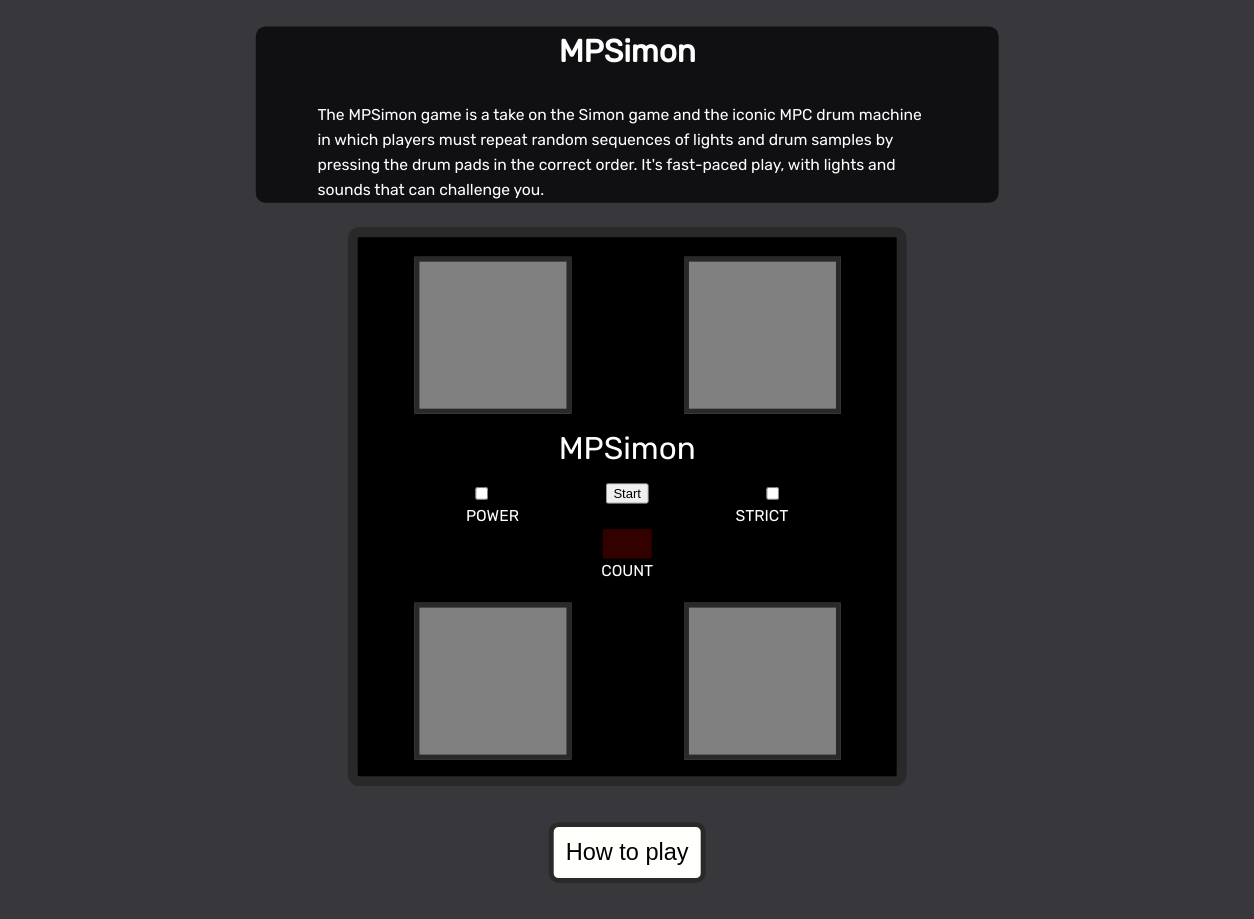
Repository: Neilfoster/MPSimon
Page: index.html
The author's editor kept a record of every edit. The page is drawn from the files as they stood at one moment, then again after the next edit.
The browser window is 1280 px wide. The pictures show the whole page, at 98% of full size.

Above is the page before.

### index.html
<!DOCTYPE html>

<html>

<head>
    <meta charset="UTF-8">
    <meta http-equiv="X-UA-Compatible" content="IE=edge,chrome=1">
    <meta name="viewport" content="width=device-width,initial-scale=1">
    <link href="https://fonts.googleapis.com/css?family=Rubik&display=swap" rel="stylesheet">
    <title>MPSimon</title>
    <link rel="stylesheet" href="css/style.css">
    <audio id="clip1">
      <source src="audio/hat.mp3"></source>
    </audio>
    <audio id="clip2">
      <source src="audio/kick.mp3"></source>
    </audio>
    <audio id="clip3">
      <source src="audio/snare1.mp3"></source>
    </audio>
    <audio id="clip4">
      <source src="audio/snare2.mp3"></source>
    </audio>
</head>

<body>
    <div class="header">
        <h2 class="head-title">MPSimon</h2>
        <p>The MPSimon game is a take on the Simon game and the iconic MPC drum
        machine in which players must repeat random sequences of lights and drum
        samples by pressing the drum pads in the correct order. It's fast-paced
        play, with lights and sounds that can challenge you. </p>
    </div>
    <div id="outer-box">
        <div id="top-row">
            <div id="top-left"></div>
            <div id="top-right"></div>
        </div>
        <div id="inner-box">
            <div id="title" class="text-effect">MPSimon</div>
            <div id="switches">
                <input type="checkbox" class="toggle" id="on">
                <button type="button" id="start">Start</button>
                <input type="checkbox" class="toggle" id="strict">
            </div>
            <div class="text1">
                <span>POWER</span>
                <span>STRICT</span>
            </div>
            <div id="turn"></div>
            <div class="text2">
                COUNT
            </div>
        </div>
        <div id="bottom-row">
            <div id="bottom-left"></div>
            <div id="bottom-right"></div>
        </div>
    </div>

    <div class="rules">
        <button id="modalBtn" class="button">How to play</button>
        <div id="ruleModal" class="modal">
            <div class="modal-content">
                <div class="modal-header">
                    <span class="closeBtn">&times;</span>
                    <h2>How To Play</h2>
                </div>
                <div class="modal-body">
                    <ul>
                        <li>Turn the game on by selecting the power button and then pressing start.</li>
                        <li>MPSimon will give the first signal.</li>
                        <li>Repeat the signal by pressing the same pad.</li>
                        <li>MPSIMON will duplicate the first sound and will add one.</li>
                        <li>Repeat these two sounds by pressing the same pads.</li>
                        <li>MPSIMON will duplicate these first two sounds and add one.</li>
                        <li>Continue in this manner as long as you can repeat each sequence of sound correctly.</li>
                        <li>If you cannot repeat the sequence correctly , MPSIMON will repeat the sequence again until you can.</li>
                        <li>Selecting STRICT mode resets the pattern to the beginning if you get the sequence wrong.</li>
                        <li>To win the game repeat the sequence until it reaches 20 consecutive sounds.</li>
                    </ul>
                </div>
            </div>
        </div>
    </div>
    <script src="js/index.js"></script>
</body>

</html>

### css/style.css
body {
  color:white;
  font-family: 'Rubik', sans-serif;
  line-height: 1.6;
  /*background-image: url("../images/image-2.jpg");*/
  background-color:#37373c;
  background-position: center;
  background-repeat: no-repeat;
  background-size: cover;
}
.header{
  margin:2% 20%;
  padding: 0 5% ;
  border-radius: 10px;
  background: rgba(0,0,0,0.7);
}
.head-title{
  text-align:center;
  font-size:2rem;
  font-family: 'Rubik', sans-serif;
}
#outer-box {
  border: 10px solid #292929 ;
  border-radius: 2%;
  height:550px;
  width:550px;
  margin: auto;
  background-color: black
}
#top-row{
  display: flex;
  flex-direction: row;
  justify-content: space-around;
  margin-top:20px;
}
#bottom-row{
  display: flex;
  flex-direction: row;
  justify-content: space-around;
  margin-top:20px;
}
#inner-box{
  display: flex;
  flex-direction: column;
  justify-content: center;
}
#switches{
  display: flex;
  flex-direction: row;
  justify-content: center;
  }
#top-left {
  border:5px solid #292929;
  height:150px;
  width: 150px;
  background-color: grey;
}
#top-right {
  border: 5px solid #292929;
  height:150px;
  width: 150px;
  background-color: grey;
}
#bottom-left {
  border:5px solid #292929;
  height:150px;
  width: 150px;
  background-color: grey;
}
#bottom-right {
  border: 5px solid #292929;
  height:150px;
  width: 150px;
  background-color: grey;
}
#title {
  display: flex;
  flex-direction: row;
  justify-content: center;
  font-size: 2rem;
  padding: 10px 5px;
}
#turn {
  background: #330000;
  color: red;
  font-family: courier;
  font-size: 20px;
  height: 30px;
  width: 50px;
  text-align: center;
  vertical-align: middle;
  line-height: 30px;
  margin: auto;
}
.toggle {
  margin: auto;
}
.text1 {
  margin: 0;
  display: flex;
  flex-direction: row;
  justify-content: space-around;
  align-items: baseline;
}
.text2 {
  margin: auto;
}
.rules {
  padding: 0px 20px;
}

/*Button*/
.button {
  background-color:#fffffc;
 margin: 3% auto;
  font-size: 1.5rem;
  padding:1%;
  color: #000;
  border-radius:10px;
  display: block;
  text-align: center;
  border:5px solid #292929;
  }
.button:hover{
  background:#333;
}

/*modal*/
.modal{
  display: none;
  position: fixed;
  z-index: 1;
  left:0;top:0;
  height: 100%;
  width:100%;
  overflow: auto;
  background-color: rgba(0,0,0,0.7);
}
.modal-content{
  background-color: #f4f4f4;
  margin: 20% auto;
  color:black;
  width:60%;
  box-shadow: 0 5px 8px 0 rgba(0,0,0,0.2),
              0 7px 20px 0 rgba(0,0,0,0.2);
  animation-name: modalopen;
  animation-duration: 1s;
}
.modal-header{
  background:#37373c;
  padding:15px;
  color:#fff;
  text-align: center;
}
.modal-body{
  padding: 10px 20px;
}
.closeBtn{
  color: #fff;
  float:right;
  font-size:30px;
}
.closeBtn:hover,.closeBtn:focus{
  color:#000;
  text-decoration:none;
  cursor:pointer;
}
.rules {
  font-family: 'Merriweather', serif;
  font-size:1.2rem;
  display: block;
}

@keyframes modalopen{
  from{ opacity: 0}
  to {opacity: 1}
}


@media only screen and (max-width: 768px) {
  #outer-box {
  border: 10px solid #292929 ;
  border-radius: 2%;
  height:800px;
  width:500px;
  margin: auto;
  background-color: black
}
#inner-box{
  padding:20% 0;
}
.header {
  display:none;
}
}

### js/index.js
//variables
let order = [] ;
let playerOrder = [] ;
let flash ;
let turn ;
let good ;
let compTurn ;
let intervalID ;
let strict = false ;
let noise = true ;
let on = false ;
let win ;

const turnCounter = document.getElementById("turn");
const topLeft = document.getElementById("top-left");
const topRight = document.getElementById("top-right");
const bottomLeft = document.getElementById("bottom-left");
const bottomRight = document.getElementById("bottom-right");
const strictButton = document.getElementById("strict");
const onButton = document.getElementById("on");
const startButton = document.getElementById("start");
// Strick mode setting
strictButton.addEventListener('click', (event) => {
  if (strictButton.checked == true) {
    strict = true;
  } else {
    strict = false;
  }
});
// Counter
onButton.addEventListener('click', (event) => {
  if (onButton.checked == true) {
    on = true;
    turnCounter.innerHTML = "-";
  } else {
    on = false;
    turnCounter.innerHTML = "";
    clearColor();
    clearInterval(intervalId);
  }
});
//Start Button
startButton.addEventListener('click', (event) => {
  if (on || win) {
    play();
  }
});
// Gameplay function
function play() {
  win = false;
  order = [];
  playerOrder = [];
  flash = 0;
  intervalId = 0;
  turn = 1;
  turnCounter.innerHTML = 1;
  good = true;
  for (var i = 0; i < 20; i++) {
    order.push(Math.floor(Math.random() * 4) + 1);
  }
  compTurn = true;
  intervalId = setInterval(gameTurn, 800);
}

function gameTurn() {
  on = false;

  if (flash == turn) {
    clearInterval(intervalId);
    compTurn = false;
    clearColor();
    on = true;
  }

  if (compTurn) {
    clearColor();
    setTimeout(() => {
      if (order[flash] == 1) one();
      if (order[flash] == 2) two();
      if (order[flash] == 3) three();
      if (order[flash] == 4) four();
      flash++;
    }, 200);
  }
}
//pads
function one (){
  if (noise) {
    let audio = document.getElementById('clip1');
    audio.play();
  }
  noise = true;
  topLeft.style.backgroundColor = "#63a785";
}

function two (){
  if (noise) {
    let audio = document.getElementById('clip2');
    audio.play();
  }
  noise = true;
  topRight.style.backgroundColor = "#a76b6b";
}

function three (){
  if (noise) {
    let audio = document.getElementById('clip3');
    audio.play();
  }
  noise = true;
  bottomLeft.style.backgroundColor = "#9da76b";
}

function four (){
  if (noise) {
    let audio = document.getElementById('clip4');
    audio.play();
  }
  noise = true;
  bottomRight.style.backgroundColor = "#6c6ba7";
}

 function clearColor() {
   topLeft.style.backgroundColor = "grey";
   topRight.style.backgroundColor = "grey";
   bottomRight.style.backgroundColor = "grey";
   bottomLeft.style.backgroundColor = "grey";
}
function flashColor() {
  topLeft.style.backgroundColor = "#63a785";
  topRight.style.backgroundColor = "#a76b6b";
  bottomRight.style.backgroundColor = "#9da76b";
  bottomLeft.style.backgroundColor = "#6c6ba7";
}
//Clear flash on pads
topLeft.addEventListener('click', (event) => {
  if (on) {
    playerOrder.push(1);
    check();
    one();
    if(!win) {
      setTimeout(() => {
        clearColor();
      }, 300);
    }
  }
})

topRight.addEventListener('click', (event) => {
  if (on) {
    playerOrder.push(2);
    check();
    two();
    if(!win) {
      setTimeout(() => {
        clearColor();
      }, 300);
    }
  }
})

bottomLeft.addEventListener('click', (event) => {
  if (on) {
    playerOrder.push(3);
    check();
    three();
    if(!win) {
      setTimeout(() => {
        clearColor();
      }, 300);
    }
  }
})

bottomRight.addEventListener('click', (event) => {
  if (on) {
    playerOrder.push(4);
    check();
    four();
    if(!win) {
      setTimeout(() => {
        clearColor();
      }, 300);
    }
  }
})
// Function to check if order correct
function check() {
  if (playerOrder[playerOrder.length - 1] !== order[playerOrder.length - 1])
    good = false;

  if (playerOrder.length ==20 && good) {
    winGame();
  }

  if (good == false) {
    flashColor();
    turnCounter.innerHTML = "NO!";
    setTimeout(() => {
      turnCounter.innerHTML = turn;
      clearColor();
// Strict mode
      if (strict) {
        play();
      } else {
        compTurn = true;
        flash = 0;
        playerOrder = [];
        good = true;
        intervalId = setInterval(gameTurn, 800);
      }
    }, 800);

    noise = false;
  }

  if (turn == playerOrder.length && good && !win) {
    turn++;
    playerOrder = [];
    compTurn = true;
    flash = 0;
    turnCounter.innerHTML = turn;
    intervalId = setInterval(gameTurn, 800);
  }

}
// Function for winning game
function winGame() {
  flashColor();
  turnCounter.innerHTML = "WIN!";
  on = false;
  win = true;
}

////Modal

// Get Modal Element
let modal = document.getElementById("ruleModal");
// Get open modal button
let modalBtn = document.getElementById("modalBtn");
// get close button
let closeBtn = document.getElementsByClassName("closeBtn")[0];

//Listen for  open click
modalBtn.addEventListener('click',openModal);
//Listen for close click
closeBtn.addEventListener('click',closeModal);
//Listen for outside click
window.addEventListener('click', clickOutside)
// Function to open modal
function openModal(){
  modal.style.display = 'block' ;
}
// Function to close modal
function closeModal(){
  modal.style.display = 'none' ;
}
// Function to close modal if outside click
function clickOutside(e){
  if(e.target == modal){
  modal.style.display = 'none' ;
  }
}

After the next edit:
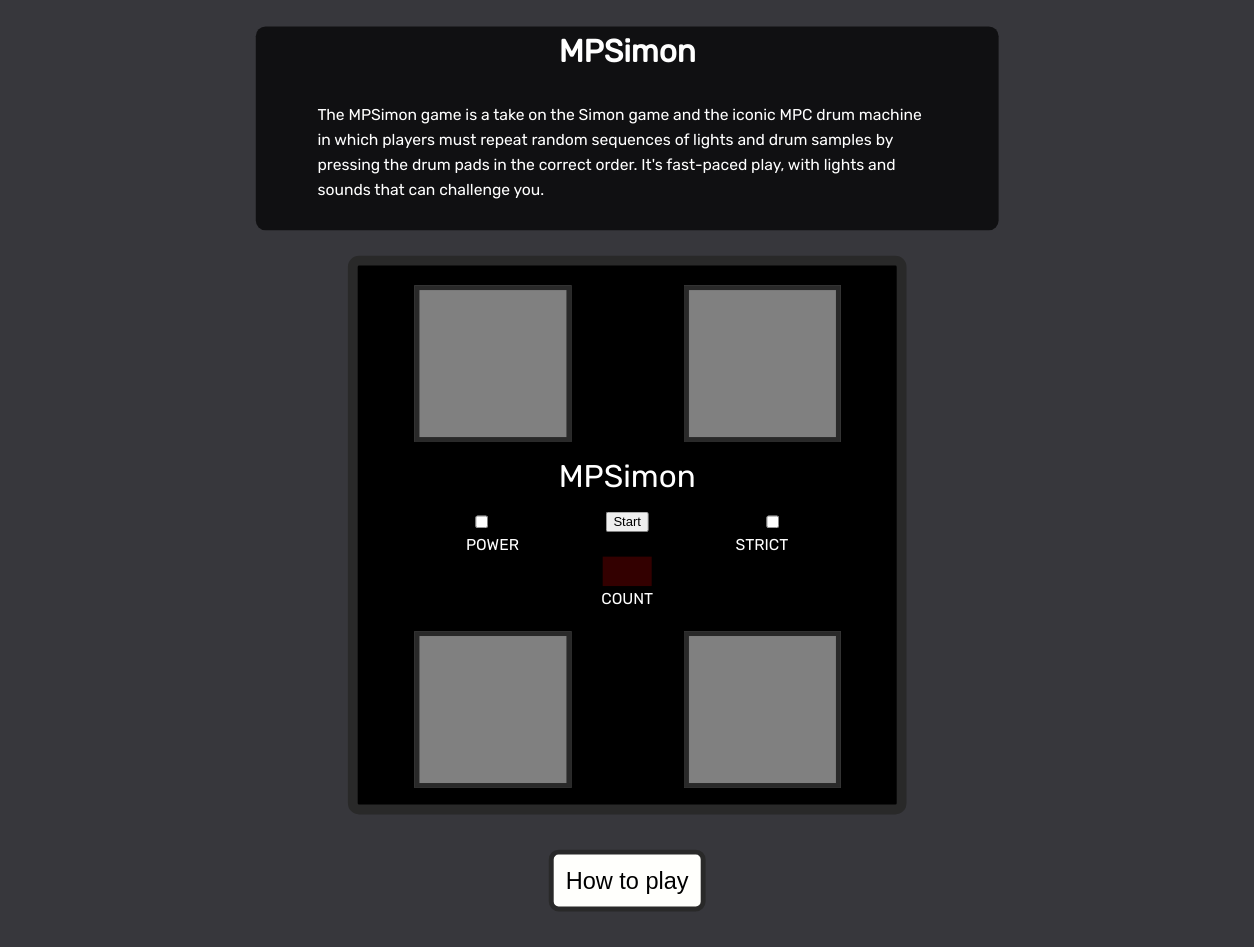
The edit:
--- a/css/style.css
+++ b/css/style.css
@@ -10,7 +10,7 @@
 }
 .header{
   margin:2% 20%;
-  padding: 0 5% ;
+  padding: 0 5% 1% 5% ;
   border-radius: 10px;
   background: rgba(0,0,0,0.7);
 }
